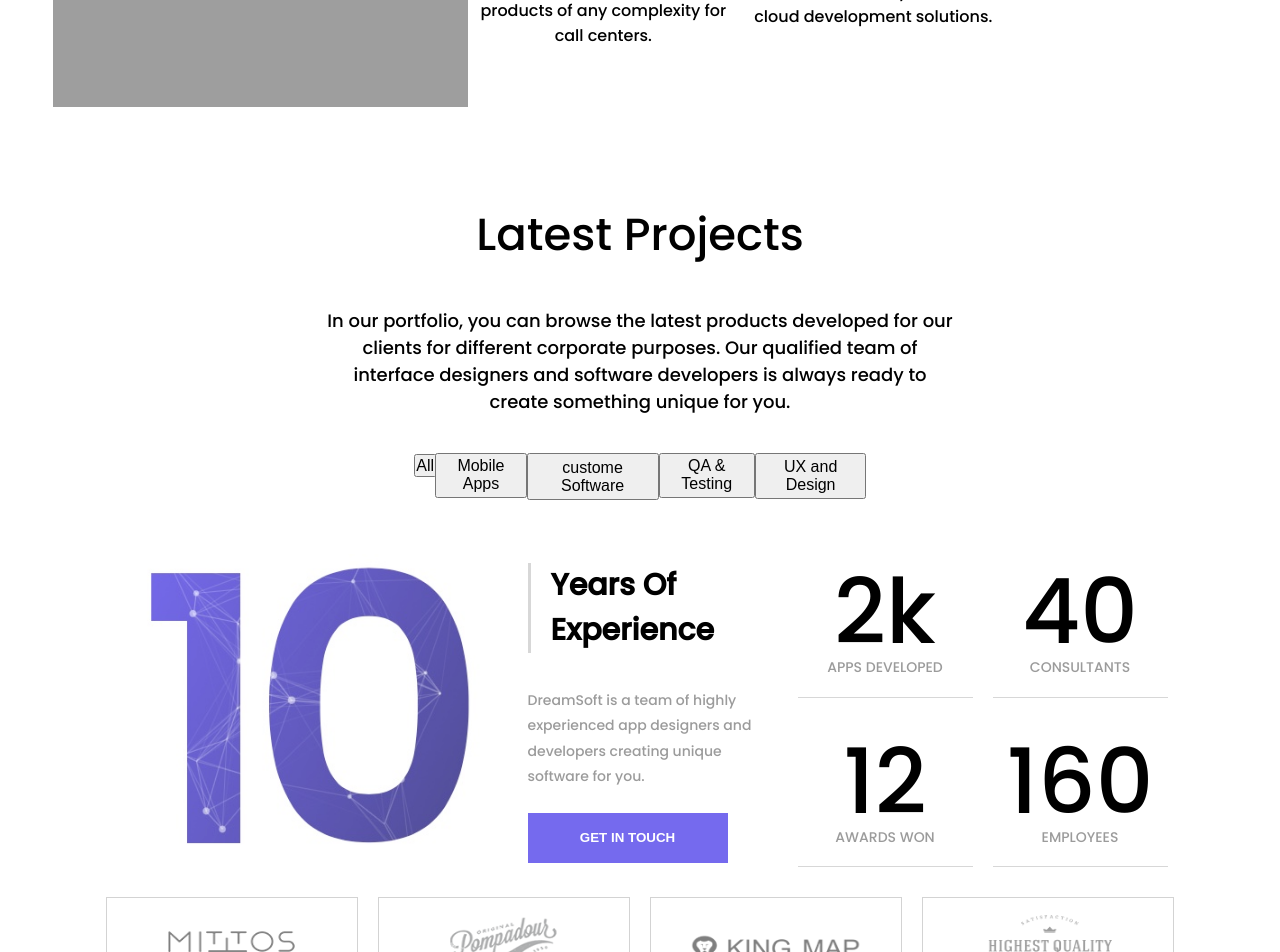
Repository: kkyler24/ladders-bootcamp-awesome
Page: index.html
The author's editor kept a copy of each file at every save. The page is drawn from the files as they stood at one save, then again after the next save.
The browser window is 1280 px wide. The pictures show the part of the page from y = 1232 to 2184 px (the page is 6165 px tall).
Pictures or frames that could not be fetched are drawn as grey boxes.

Above is the page before, as saved 2021-03-20 10:13:59.

After the next save:
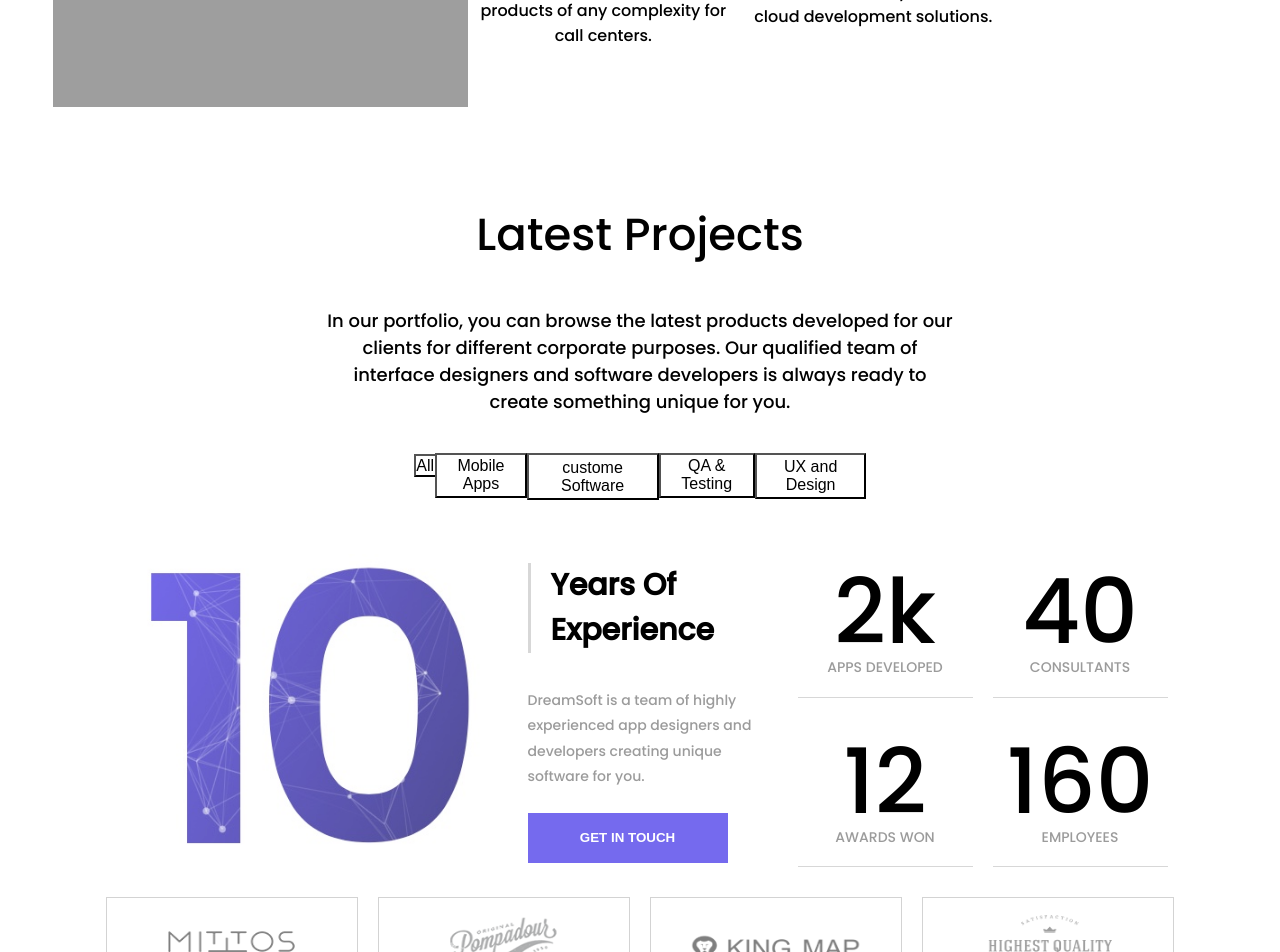
Saved 67 s later.
--- a/kstyle.css
+++ b/kstyle.css
@@ -116,4 +116,5 @@ margin-bottom: 3%;
 #latestRow button{
   padding: 3%;
  font-size: 16px;
+ background-color: transparent;
 }
